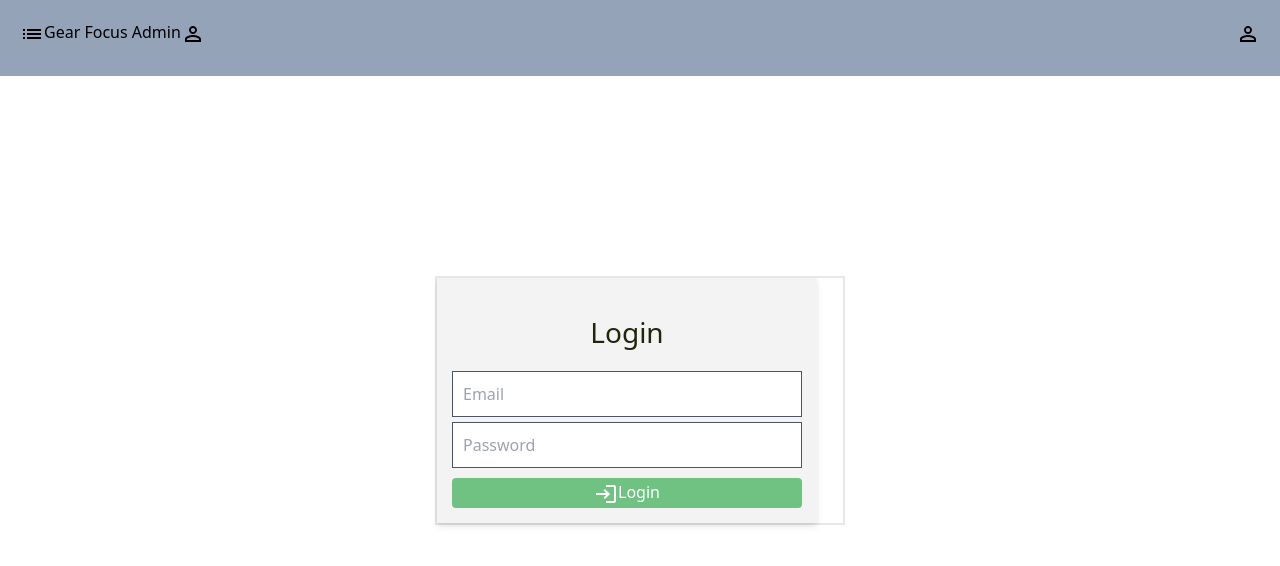
Repository: Kiendz3202/projectFinalPGS
Page: /home
The author's editor kept a copy of each file at every save. The page is drawn from the files as they stood at one save, then again after a run of saves.
The browser window is 1280 px wide. The pictures show the whole page.
The project was rebuilt for these pictures with package versions that can differ from the ones it lists, and the page was loaded fresh each time. Also part of the build but not shown: src/App.css, src/pages/HomePage.tsx.

Above is the page before, as saved 2022-03-07 22:28:19.

### src/index.tsx
import React from 'react';
import ReactDOM from 'react-dom';
import './index.css';
import App from './App';
import { BrowserRouter} from 'react-router-dom'

ReactDOM.render(
  <BrowserRouter>
    <App />
  </BrowserRouter>,
  document.getElementById('root')
);

### src/App.tsx
import React, { Fragment } from 'react';
import logo from './logo.svg';
import './App.css';
import LoginPage from './pages/LoginPage';
import Router from './Router';
import Header from './components/header/Header';

function App() {
  return (
    <Fragment>
    <Header />
    <Router />
    </Fragment>
  );
}

export default App;

### src/Router.tsx
import React, { lazy } from 'react';
import { Route, Routes,BrowserRouter,Navigate } from 'react-router-dom';
import {ROUTES} from './config/Routes'
import ProtectedRoute from './ProtectedRoute';
import { Suspense } from 'react';


const HomePage = lazy(() => import('./pages/HomePage'));
const LoginPage = lazy(() => import('./pages/LoginPage'));

interface Props {}

const Router = (props: Props) => {

  return (
    <Suspense fallback={<div>Loading.....</div>}>
      <Routes>
        <Route path={ROUTES.login} element={<LoginPage />} />
        <Route path={ROUTES.home} element={<ProtectedRoute />} />
        <Route path="/" element={<Navigate to={ROUTES.login} />} />
      </Routes>
    </Suspense>
  );
};

export default Router

### src/components/header/Header.tsx
import React from 'react'
import ListIcon from '@mui/icons-material/List';
import NotificationsNoneIcon from '@mui/icons-material/NotificationsNone';
import PersonOutlineIcon from '@mui/icons-material/PersonOutline';

function Header() {
  return (
    <div className='w-full p-[20px] bg-slate-400'>
        <div className='w-full flex justify-between h-[36px] '>
        <div>
            <ul className='flex'>
                <li><ListIcon /></li>
                <li>Gear Focus Admin</li>
                <li><PersonOutlineIcon /></li>
            </ul>
        </div>
        <div>
            <PersonOutlineIcon />
        </div>
        </div>
    </div>
  )
}

export default Header

### src/config/Routes.tsx
export const ROUTES = {
    home:'/home',
    login:'/login'
}

### src/ProtectedRoute.tsx
import React from 'react'
import { Navigate, Route,RouteProps } from 'react-router-dom'
// import {Redirect} from 'react-router-dom'
import {ROUTES} from './config/Routes'
import HomePage from './pages/HomePage'


interface Props extends RouteProps {}

function ProtectedRoute(props: Props) {
  const {...rest} = props
  const auth = sessionStorage.getItem('statusText')
  if(auth == 'OK'){
    return <HomePage />
  }
  return (
    <Navigate to={ROUTES.login} />
  )
}

export default ProtectedRoute

// import React from 'react';
// import { Redirect, Route, RouteProps } from 'react-router-dom';
// import { ROUTES } from '../../../configs/routes';
// import Cookies from 'js-cookie';
// import { ACCESS_TOKEN_KEY } from '../../../utils/constants';
// import { RouteSharp } from '@mui/icons-material';

// interface Props extends RouteProps {}

// const ProtectedRoute = (props: Props) => {
//   const { ...rest } = props;
//   const auth = Cookies.get(ACCESS_TOKEN_KEY);

//   if (auth) {
//     return <Route {...rest} />;
//   }

//   return (
//     <Redirect
//       to={{
//         pathname: ROUTES.login,
//       }}
//     />
//   );
// };

// export default ProtectedRoute;

### src/pages/LoginPage.tsx
import React,{useState} from 'react'
import { useNavigate } from 'react-router-dom';
import { ILoginValidation } from '../components/auth/auth'
import Login from '../components/auth/Login'


function LoginPage() {
    const [loading, setLoading] = useState(false);
    const [errorMessage, setErrorMessage] = useState('');
    const navigate = useNavigate()
    const onLogin = async (value:ILoginValidation) =>{
      try{
        const response = await fetch('https://api.gearfocus.div4.pgtest.co/api/authentication/login',{
        method:'POST',
        headers:{
          'Content-Type': 'application/json'
        },
        body:JSON.stringify({
          email:value.email,
          password:value.password
        })
      })
      if(!response){
        throw new Error('something wrong')
        return;
      }
      // console.log(response)
        sessionStorage.setItem("statusText",response.statusText)
        navigate('/home')
      }catch(errorMessage){
        console.warn(errorMessage)
      }
    }

    return (
        <Login onLogin={onLogin} loading={loading} errorMessage={errorMessage} />
    )
}

export default LoginPage

### src/components/auth/Login.tsx
import React, { useState } from 'react'
import LoginIcon from '@mui/icons-material/Login';
import { ILoginValidation } from './auth';
import ValidateLoginForm from './ValidateLoginForm';

interface Props{
    onLogin(value:ILoginValidation):void;
    loading:boolean;
    errorMessage:string
}

const InvalidEmailWarn = () => {
    return <p>InValid email address</p>
}
const InvalidPasswordWarn = () => {
    return <p>Invalid password. Password must be at least 6 characters long, and capital letter at the beginning.</p>
}

function Login(props:Props) {
    const {onLogin,loading,errorMessage} = props;
    const [formValue,setFormValue] = useState({email:'',password:''})
    const [isValidated,setIsValidated] = useState({email:'',password:''})
    const [email,setEmail] = useState('');
    const [password,setPassword] = useState('');
    // const onSubmit = React.useCallback((e: React.FormEvent<HTMLElement>) =>{
        // e.preventDefault();
        // setIsValidated(ValidateLoginForm(formValue));
        // if(isValidated.email && isValidated.password){
        //     onLogin(formValue);
        // }else{
        //     return;
        // }
        // console.log(isValidated)
            // onLogin(formValue))
    // }
    const valid = (value:ILoginValidation) =>{
        if(value.email === '' && value.password === ''){
            return true
        }else{
            return false
        }
    }
    const onSubmit = React.useCallback(() => {
        setIsValidated(ValidateLoginForm(formValue));
        console.log(ValidateLoginForm(formValue))
        console.log(valid(ValidateLoginForm(formValue)))
        if (!valid(ValidateLoginForm(formValue))) {
            return;
          }

          onLogin(formValue);

      }, [formValue, onLogin]);
    return (
        <div className=' max-w-[410px] w-full m-auto border-2 mt-[200px]'>
            <form  onSubmit={(e) => {
        e.preventDefault();
        onSubmit();
      }} className='flex flex-col w-[380px] p-[15px] bg-[#f3f3f3] drop-shadow-md'>
                <p className=' text-center text-[#212509] text-[28px] my-[18px]'>Login</p>
                <div className=' justify-center mb-[5px] '>
                    <input onChange={(e) => setFormValue({...formValue,email:e.target.value})} value={formValue.email} type="text" className='w-full p-[10px] border border-gray-600 outline-blue-300' placeholder='Email' />
                    {isValidated.email ?? <p>{isValidated.email}</p>}
                </div>
                <div className=' justify-center mb-[10px] '>
                    <input onChange={(e) => setFormValue({...formValue,password:e.target.value})} value={formValue.password} type="password" className='w-full p-[10px] border border-gray-600 outline-blue-300' placeholder='Password' />
                    {isValidated.password ?? <p>{isValidated.password}</p>}
                </div>
                <button className=' bg-[#70c282] h-[30px] rounded text-white font-medium'>
                    <LoginIcon />
                    Login
                </button>
                {errorMessage ?? <p>email or password is wrong!</p>}
            </form>
        </div>
    )
}

export default Login

### src/components/auth/ValidateLoginForm.tsx
import React from 'react'
import { ILoginValidation } from './auth';

export function ValidateEmail(email:string) {
    let isValidated = String(email)
    .toLowerCase()
    .match(
      /^(([^<>()[\]\\.,;:\s@"]+(\.[^<>()[\]\\.,;:\s@"]+)*)|(".+"))@((\[[0-9]{1,3}\.[0-9]{1,3}\.[0-9]{1,3}\.[0-9]{1,3}\])|(([a-zA-Z\-0-9]+\.)+[a-zA-Z]{2,}))$/
    )
    if(isValidated){
        return '';
    }else{
        return 'emailInvalid'
    }
}
export function ValidatePassword(password:string){
    if(password.length >= 6){
        return ''
    }else{
        return 'min length is 6 characters'
    }
}
export default function ValidateLoginForm(formValue:ILoginValidation){
    return {
        email:ValidateEmail(formValue.email),
        password:ValidatePassword(formValue.password)
    }
}

Loaded but not shown: public/index.html (common file); src/index.css (common file); tailwind.config.js (common file)

After the next 2 saves:
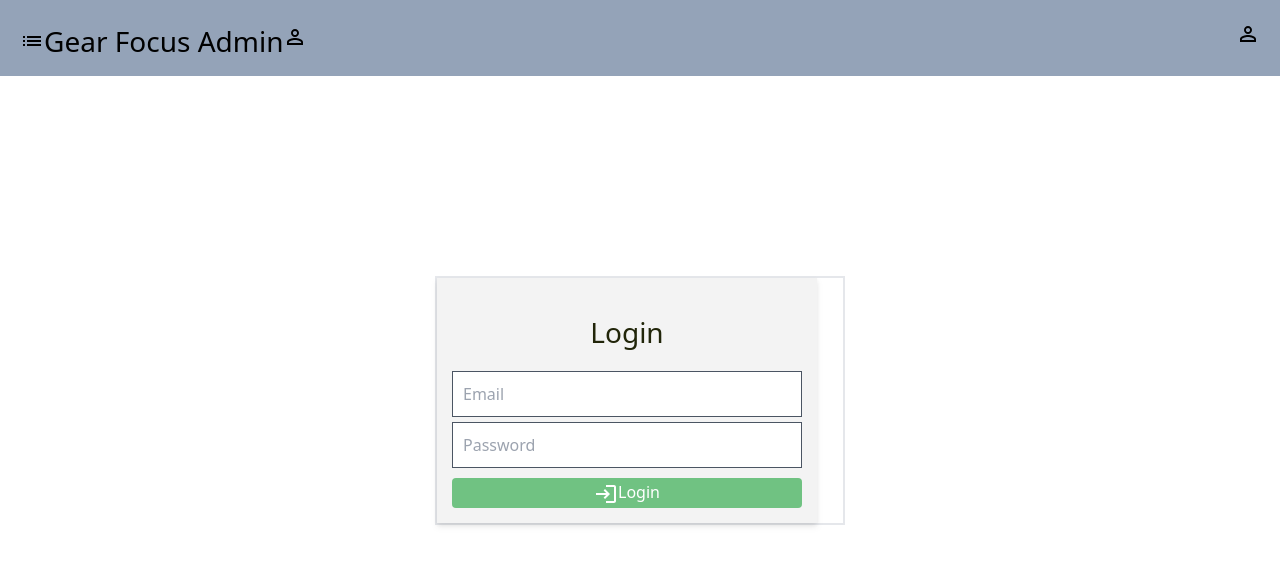
The 2 saves are shown as one change because 1 did not build or start.
The last was saved 3 min 38 s later.
--- a/src/components/header/Header.tsx
+++ b/src/components/header/Header.tsx
@@ -9,9 +9,9 @@ function Header() {
         <div className='w-full flex justify-between h-[36px] '>
         <div>
             <ul className='flex'>
-                <li><ListIcon /></li>
-                <li>Gear Focus Admin</li>
-                <li><PersonOutlineIcon /></li>
+                <li className='text-[24px]'><ListIcon /></li>
+                <li className='text-[28px]'>Gear Focus Admin</li>
+                <li className='text-[20px]'><PersonOutlineIcon /></li>
             </ul>
         </div>
         <div>
